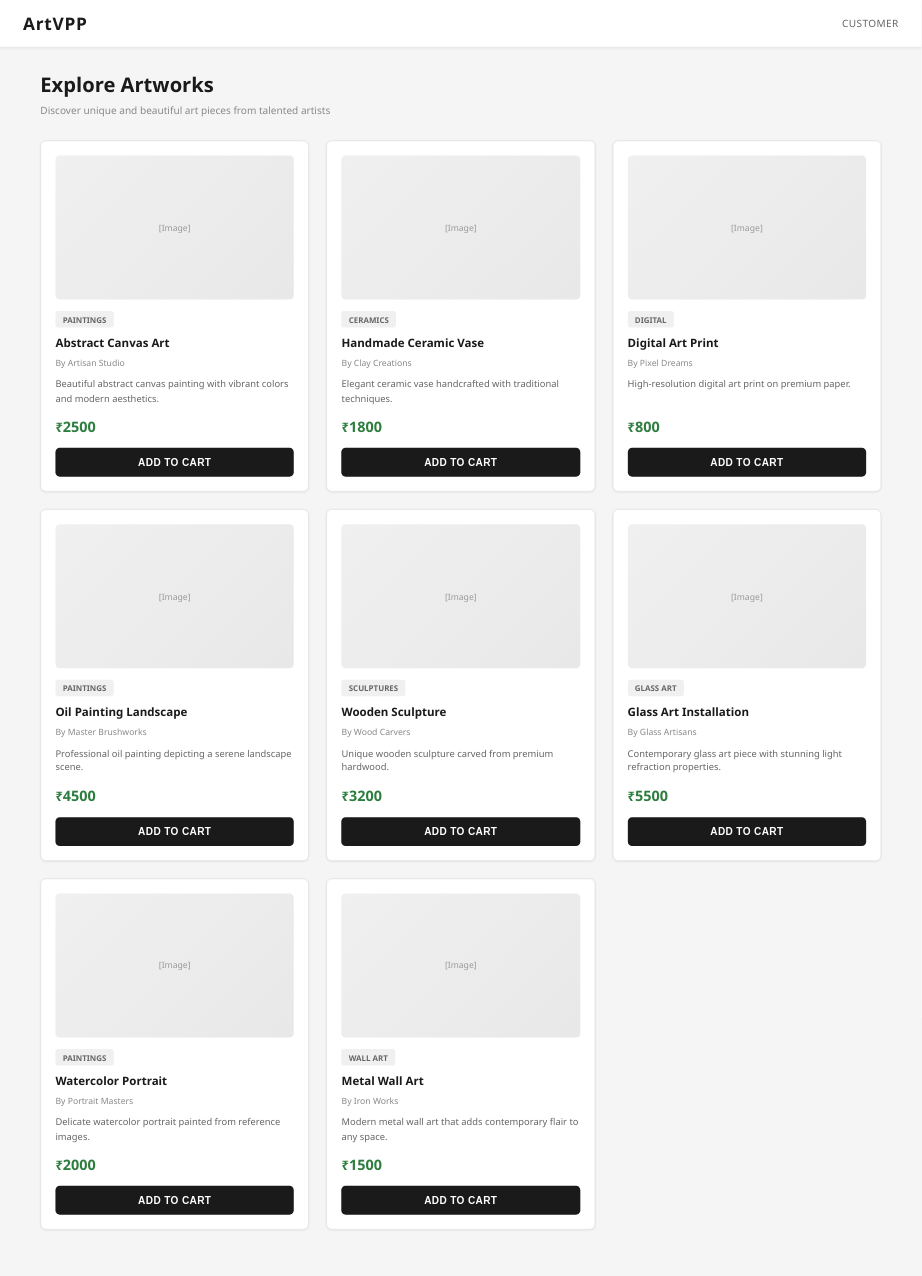
Repository: rushikesh-kolpe21/artvpp
Page: / (app in frontend/)
An editor plug-in stored every save of this project. The page is shown before and after the next save, followed by the edit.
The browser window is 1280 px wide. The pictures show the whole page, at 72% of full size.
The project was rebuilt for these pictures with package versions that can differ from the ones it lists, and the page was loaded fresh each time. Also part of the build but not shown: frontend/vite.config.js.

Above is the page before, as saved 2026-02-06 15:23:40.

After the next save:
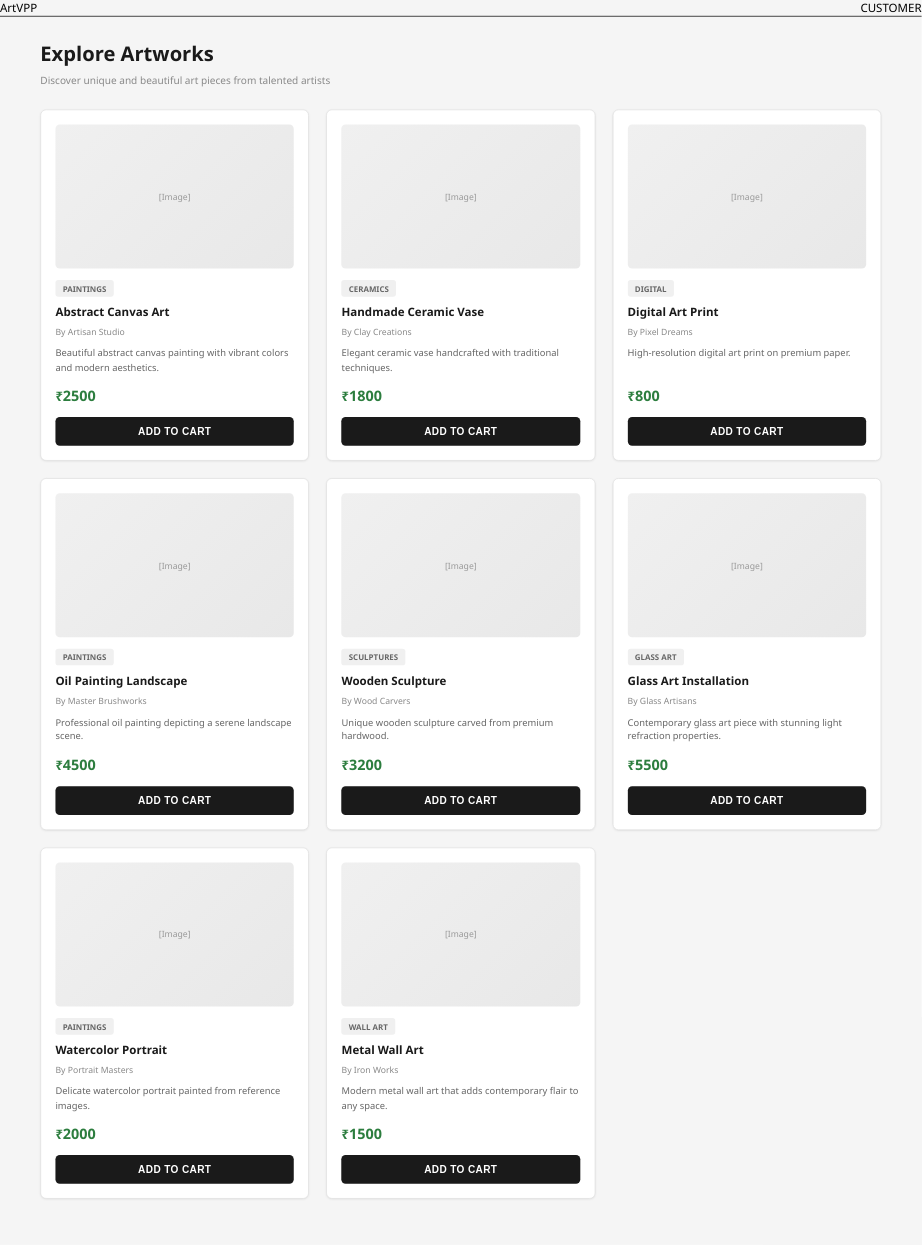
Saved 22 s later.
--- a/frontend/src/components/Navbar.jsx
+++ b/frontend/src/components/Navbar.jsx
@@ -1,8 +1,10 @@
 function Navbar() {
   return (
-    <nav className="navbar">
-      <div className="navbar-left">ArtVPP</div>
-      <div className="navbar-right">Customer</div>
+    <nav className="bg-white border-b border-gray-200 px-8 py-4 shadow-sm sticky top-0 z-100">
+      <div className="flex justify-between items-center">
+        <div className="text-2xl font-bold text-gray-900 tracking-wide">ArtVPP</div>
+        <div className="text-sm font-medium text-gray-600 uppercase tracking-wider">Customer</div>
+      </div>
     </nav>
   );
 }
